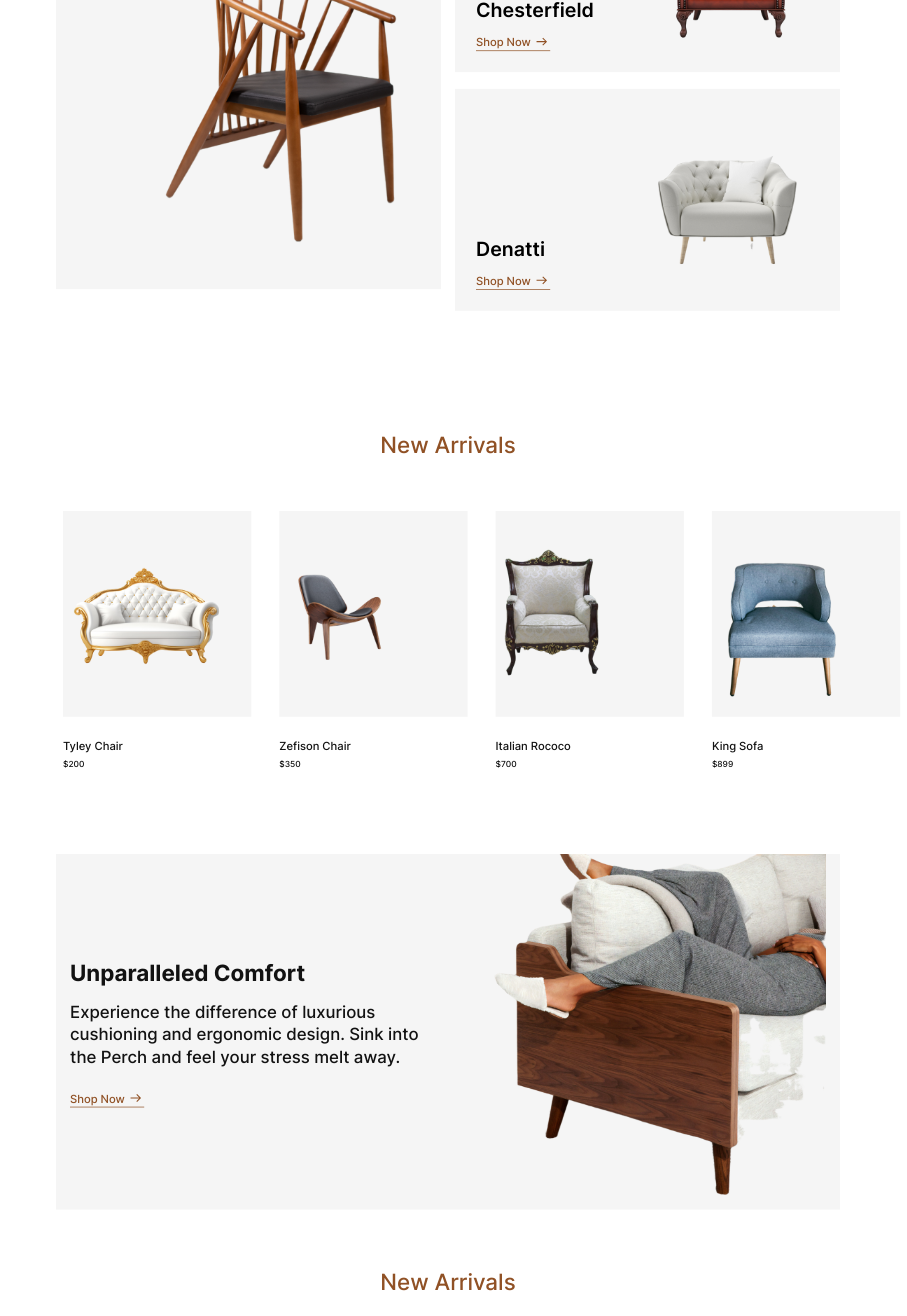
Repository: abdulmalikyusuf/HNG11-Stage02
Page: /
These files come from the project's save history. The page is drawn as it stood at one moment and after the next save; the edit follows.
The browser window is 1280 px wide. The page is 1296 px wide, so the pictures cover 1296 px, including what lies to the right of the window. The pictures show the part of the page from y = 1140 to 3020 px (the page is 4131 px tall), at 70% of full size.
The project was rebuilt for these pictures with package versions that can differ from the ones it lists, and the page was loaded fresh each time. Also part of the build but not shown: vite.config.ts.

Above is the page before, as saved 2024-07-07 17:10:42.

After the next save:
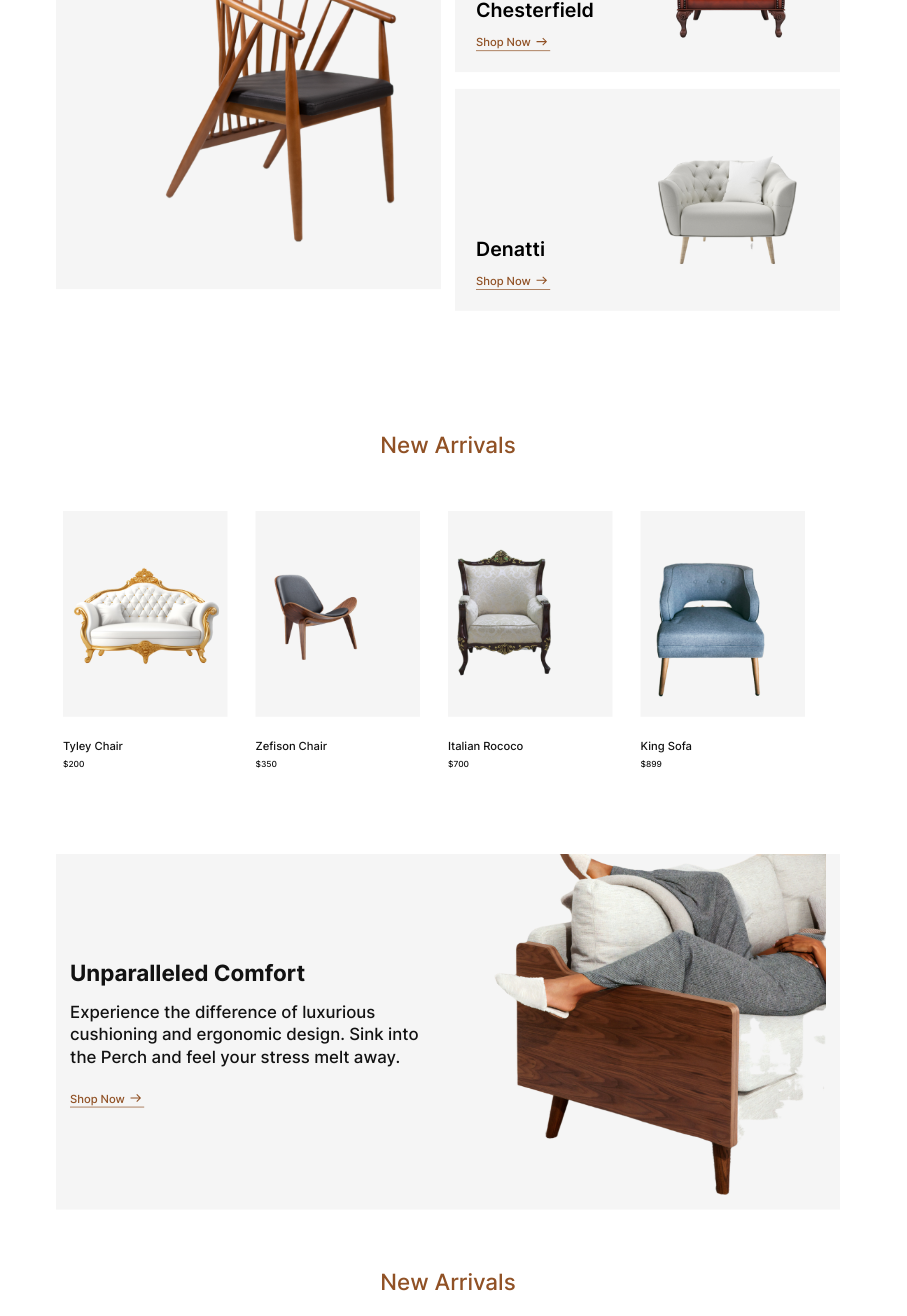
Saved 8 s later.
--- a/src/routes/index.tsx
+++ b/src/routes/index.tsx
@@ -172,7 +172,7 @@
               {newArrivals.map((chair) => (
                 <div
                   key={chair.name}
-                  className="flex-1 w-[255px] py-10 px-2.5 flex flex-col gap-[30px]"
+                  className="w-[255px] py-10 px-2.5 flex flex-col gap-[30px]"
                 >
                   <div className="flex h-[294px] items-center bg-miscellaneous">
                     <img
